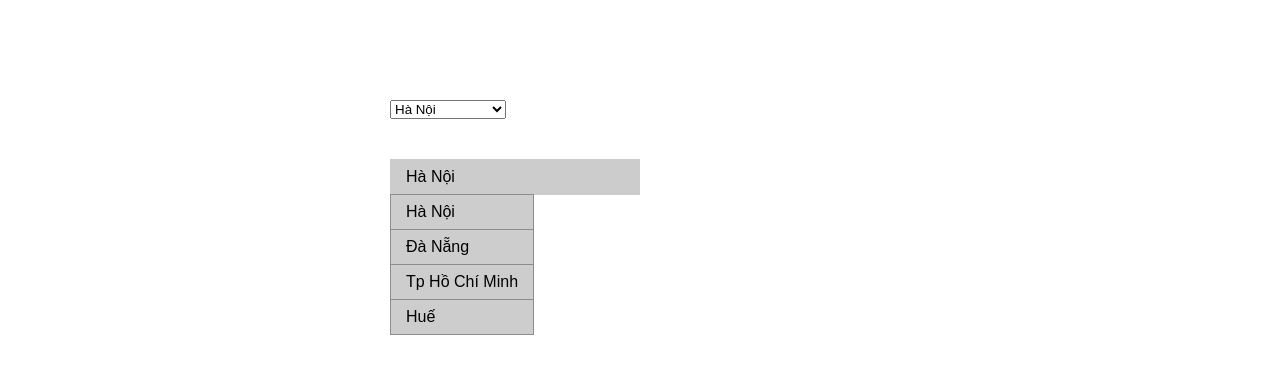
Repository: khanhbinh87/learnJs
Page: customSelect/index.html
The author's editor kept a copy of each file at every save. The page is drawn from the files as they stood at one save, then again after a run of saves.
The browser window is 1280 px wide. The pictures show the whole page.

Above is the page before, as saved 2021-06-16 14:22:49.

### customSelect/index.html
<!DOCTYPE html>
<html lang="en">
<head>
    <meta charset="UTF-8">
    <meta name="viewport" content="width=device-width, initial-scale=1.0">
    <title>Document</title>
    <link rel="stylesheet" href="style.css">
</head>
<body>
        <form action="">
            <select name="" id="" class="custom-select">
                <option value="hanoi">Hà Nội</option>
                <option value="danang" >Đà Nẵng</option>
                <option value="tphcm">Tp Hồ Chí Minh</option>
                <option value="hue" >Huế</option>
            </select>
            <!-- <div class="wrapper-selected">
                <div class="selected" my-value="">Text tam thoi</div>
                <ul class="list-options">
                    <li my-value="hanoi">Hà Nội</li>
                    <li my-value="danang">Đà Nẵng</li>
                    <li my-value="tphcm">Tp Hồ Chí Minh</li>
                    <li my-value="hue">Huế</li>
                </ul>
            </div> -->
        </form>
        <script src="main.js"></script>
</body>
</html>

### customSelect/style.css
*{
    margin: 0;
    padding: 0;
    box-sizing: border-box;
}
form{
    margin:50px auto;
    width: 500px;
}
body{
    padding: 50px;
}
.custom-select {
    margin-bottom: 40px;

}


.wrapper-selected{
    width: 250px;
    font-family:sans-serif;
    position: relative;
}
.wrapper-selected > .selected{
    border:1px solid #ccc;
    padding: 8px 15px;
    background-color: #ccc;
}
.wrapper-selected > .list-options{
    list-style: none;
    position: absolute;
}
.wrapper-selected > .list-options > li{
    padding: 8px 15px;
    background-color: #cdcdcd;
    border:1px solid #8d8d8d;
    margin-top: -1px;
    cursor: pointer;
    transition: all 0.5s;
    po
}
.wrapper-selected > .list-options > li:hover{
    background-color: #999;
}

### customSelect/main.js
//tao div
//tao class
//tao div rong
//tao my-value
//tao text

var select = document.querySelector('.custom-select');
if(select){
    var listOptions = Array.from(select.querySelectorAll('option'))

    //tao div bao
    var divWrapper  = document.createElement('div');
        divWrapper.classList.add('wrapper-selected');

    //tao div select
    var divSelected = document.createElement('div');
        divSelected.classList.add('selected');


        if(listOptions.length > 0){
            divSelected.setAttribute('my-value',listOptions[0].getAttribute('value'))
            divSelected.innerText = listOptions[0].innerText

        }

    //tao ul li
    var ulElement = document.createElement('ul');
        ulElement.classList.add('list-options')

    //duyet tung listOptions
    listOptions.forEach(function(optionEl,index){
        var valueOption = optionEl.getAttribute('value');
        var textOption  = optionEl.innerText;

        //check co selected hay ko de tjay doi
        if(optionEl.getAttribute('selected') !== null){
            divSelected.setAttribute('my-value',valueOption)
            divSelected.innerText = textOption;
        }

        var liElement = document.createElement('li');
            liElement.setAttribute('my-value',valueOption);
            liElement.innerText = textOption;

            liElement.addEventListener('click',function(e){

                divSelected.setAttribute('my-value',this.getAttribute('my-value'));
                divSelected.innerText = this.innerText;


                var selectString = `option[value=${this.getAttribute('my-value')}]`


                if(select.querySelector('option[selected]')){
                    select.querySelector('option[selected]').removeAttribute('selected')
                }

                select.querySelector(selectString).setAttribute('selected',true);

                //listOptions[index].setAttribute('selected',true)
                // selectString.setAttribute('selected',true)

            })
            ulElement.append(liElement)

    })

    //appending
    divWrapper.append(divSelected);
    divWrapper.append(ulElement);
    document.body.appendChild(divWrapper);


    //chen div wrapper vao truoc hoac sau
    select.parentNode.insertBefore(divWrapper,select.nextSibling);

}

After the next 2 saves:
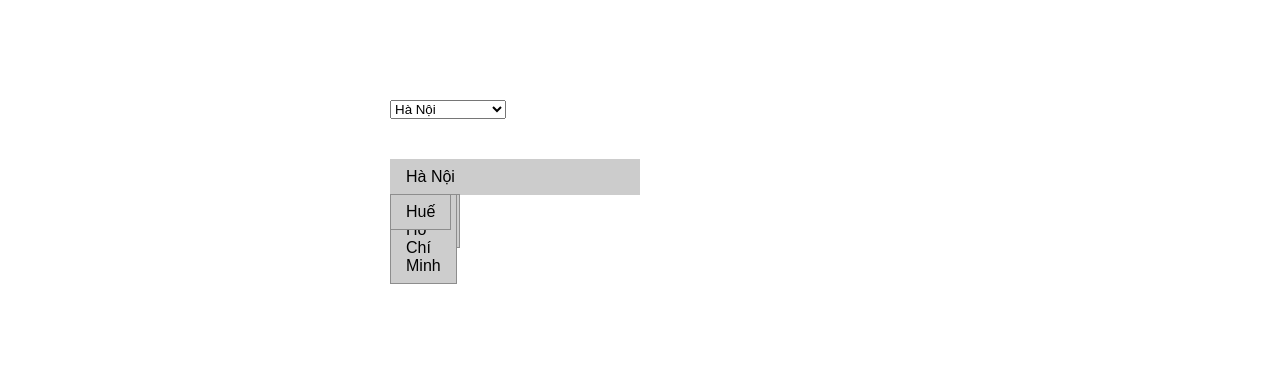
The 2 saves are shown as one change because they came seconds apart.
The last was saved 8 s later.
--- a/customSelect/style.css
+++ b/customSelect/style.css
@@ -37,7 +37,8 @@
     margin-top: -1px;
     cursor: pointer;
     transition: all 0.5s;
-    po
+    position:absolute;
+    top
 }
 .wrapper-selected > .list-options > li:hover{
     background-color: #999;

After the 4 saves that followed:
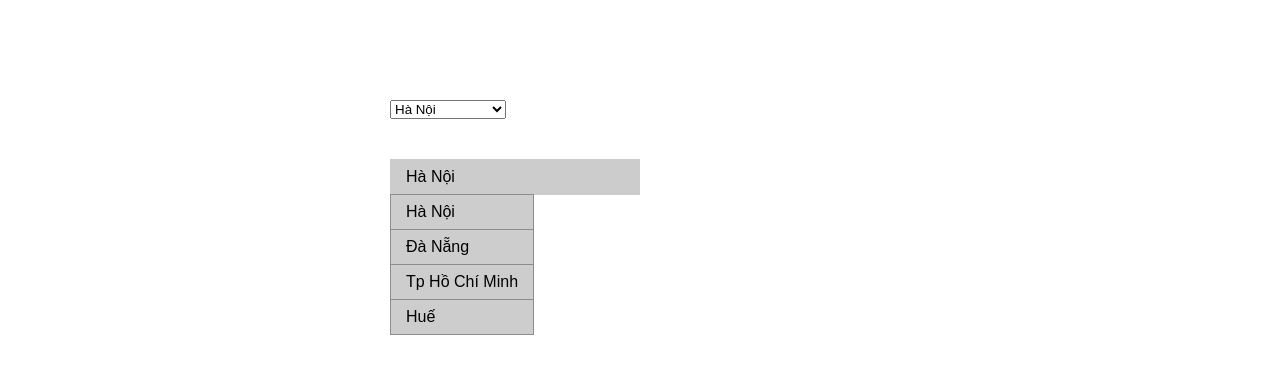
The 4 saves are shown as one change because 1 left the picture as it was and some came seconds apart.
The last was saved 20 s later.
--- a/customSelect/style.css
+++ b/customSelect/style.css
@@ -37,8 +37,8 @@
     margin-top: -1px;
     cursor: pointer;
     transition: all 0.5s;
-    position:absolute;
-    top
+    position:a
+    w100%
 }
 .wrapper-selected > .list-options > li:hover{
     background-color: #999;
